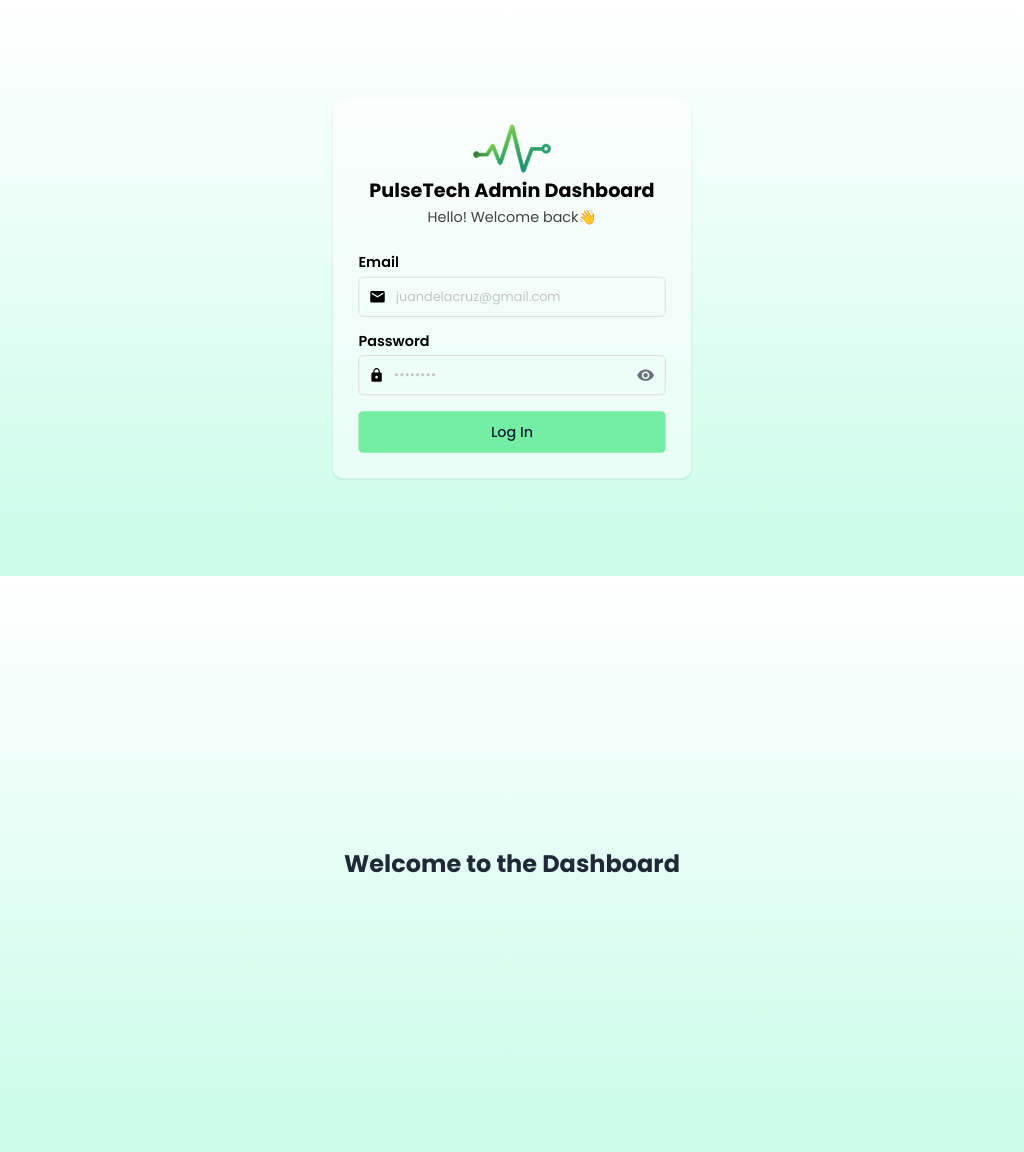
Repository: ShyrineJardin/pulse_admin
Page: /
The author's editor kept a copy of each file at every save. The page is drawn from the files as they stood at one save, then again after the next save.
The browser window is 1280 px wide. The pictures show the whole page, at 80% of full size.
The project was rebuilt for these pictures with package versions that can differ from the ones it lists, and the page was loaded fresh each time.

Above is the page before, as saved 2026-03-25 11:35:49.

After the next save:
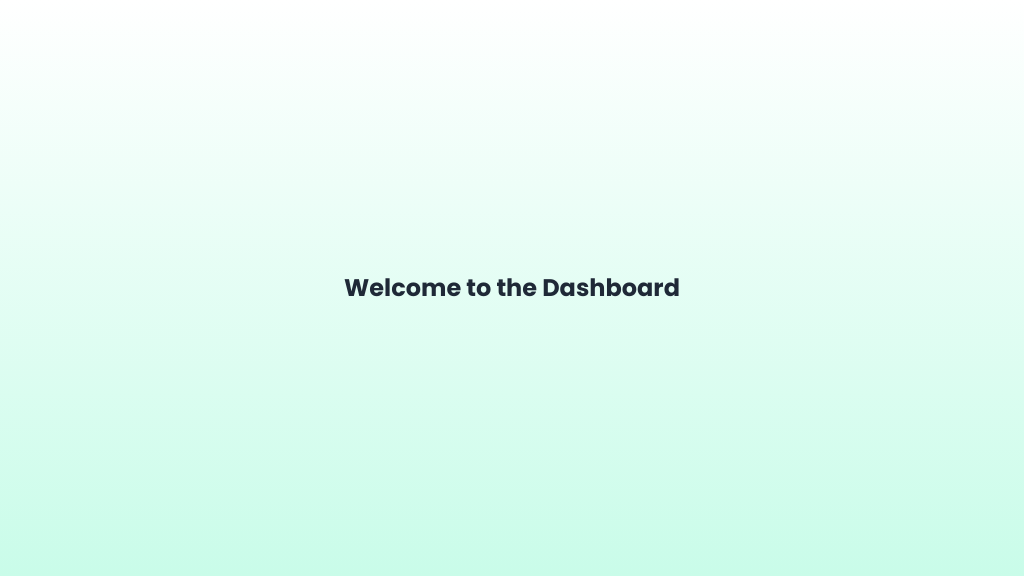
Saved 37 s later.
--- a/src/App.js
+++ b/src/App.js
@@ -4,7 +4,7 @@
 function App() {
   return (
     <div className="App">
-      <Login />
+      {/* <Login /> */}
       <Dashboard />
     </div>
   );

After the save that followed:
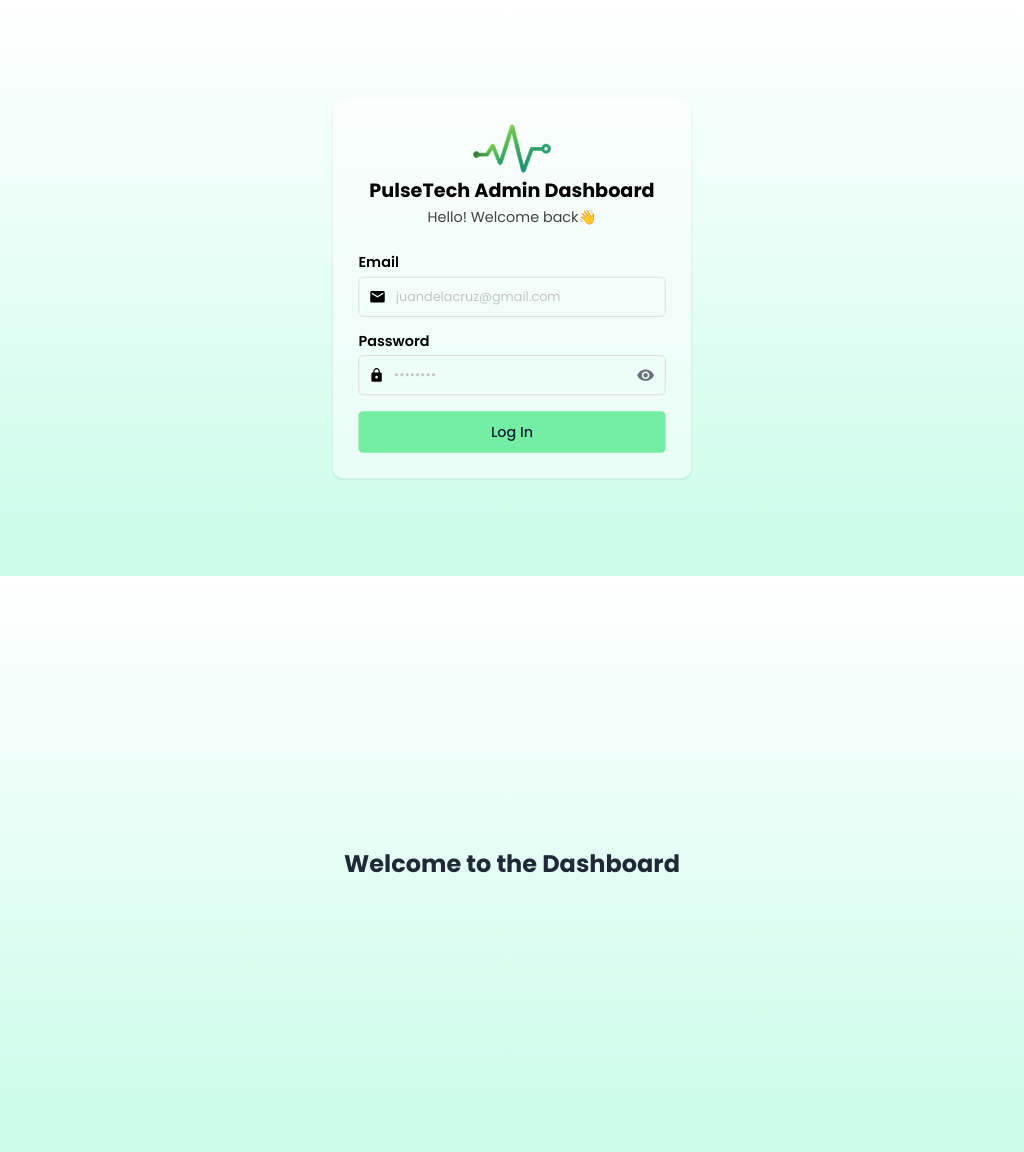
Saved 4 s later.
--- a/src/App.js
+++ b/src/App.js
@@ -4,7 +4,7 @@
 function App() {
   return (
     <div className="App">
-      {/* <Login /> */}
+      <Login />
       <Dashboard />
     </div>
   );
